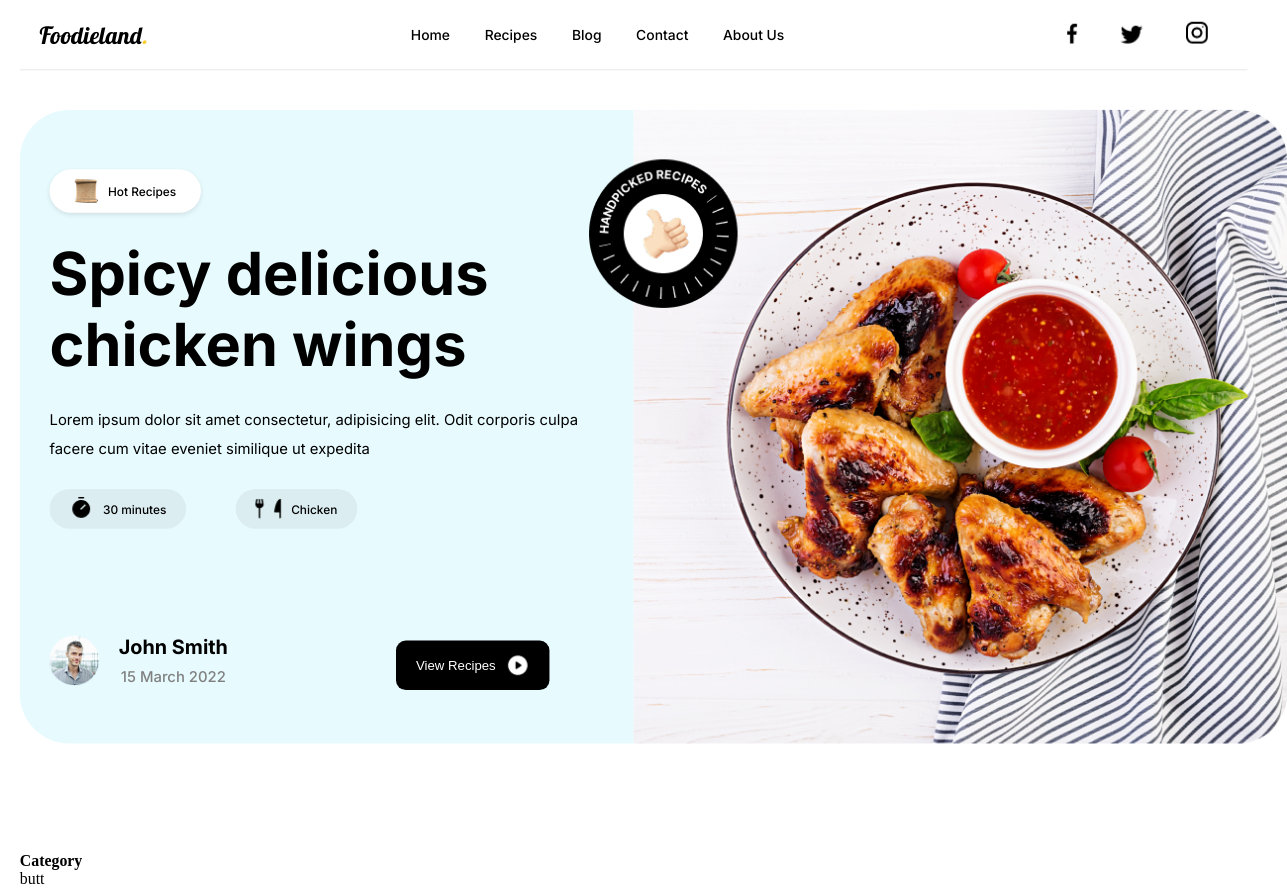
Repository: SolomonChinonso/Advanced-html-and-css-project
Page: index.html
An editor plug-in stored every save of this project. The page is shown before and after a run of saves, followed by the edit.
The browser window is 1280 px wide. The page is 1300 px wide, so the pictures cover 1300 px, including what lies to the right of the window. The pictures show the whole page, at 99% of full size.

Above is the page before, as saved 2026-04-16 14:59:42.

### index.html
<!DOCTYPE html>
<html lang="en">
<head>
    <meta charset="UTF-8">
    <meta name="viewport" content="width=device-width, initial-scale=1.0">
    <title>Document</title>
    <link rel="stylesheet" href="style.css">
    <link href="https://fonts.googleapis.com/css2?family=Lobster&display=swap" rel="stylesheet">
    <link href="https://fonts.googleapis.com/css2?family=Inter:wght@400;500;600;700&display=swap" rel="stylesheet">
</head>
<body>
    <header>
        <strong class="logo">Foodieland<em class="dot">.</em></strong>
        <nav>

            <ul>
                <li><a href="#">Home</a></li>
                <li><a href="#">Recipes</a></li>
                <li><a href="#">Blog</a></li>
                <li><a href="#">Contact</a></li>
                <li><a href="#">About Us</a></li>
            </ul>

        </nav>
        <section class="social-handles">
                <a href="#"><img src="./social-icons/001-facebook.png" alt="facebook"></a>
                <a href="#"><img src="./social-icons/003-twitter.png" alt=""></a>
                <a href="#"><img src="./social-icons/004-instagram.png" alt=""></a>
        </section>
    </header>

    <section class="banner">
        <div class="badge">
            <img src="./images/Badge.png" alt="">
        </div>
        <div class="banner-section">

            <div class="details">
                <span class="hot-recipe"><img src="./social-icons/image 14 (1).png" alt="">Hot Recipes</span>

                <h1>Spicy delicious chicken wings
                </h1>

                <p> Lorem ipsum dolor sit amet consectetur, adipisicing elit. Odit corporis culpa facere cum vitae eveniet similique ut expedita
                </p>

                <div class="timer-utensils">
                    <span><img src="./social-icons/Timer.png" alt="timer">30 minutes</span>

                    <span><img src="./social-icons/Vector (1).png" alt=""><img src="./social-icons/Vector.png" alt=""> Chicken
                    </span>
                </div>

                <div class="author-profile">

                    <span>
                        <img src="./social-icons/Ellipse 2 (1).png" alt="">
                    </span>
                    <span class="author-details">
                            <strong>John Smith</strong><p>15 March 2022</p>
                    </span>
                     <button type="button">View Recipes <img src="./social-icons/PlayCircle.png" alt="">
                </button>
                </div>



           </div>
            <div class="banner-img">
                <img src="./images/Mask Group.png" alt="">
            </div>
        </div>
    </section>
    <section class="category">
        <div class="title-section">
            <h4>Category</h4>
            butt
        </div>
    </section>
</body>
</html>

### style.css
*{
    margin: 0;
    padding: 0;
    box-sizing: border-box;
}
body{
    max-width: 100vw;
    margin: 0 20px;
    padding: 0;

}
header{
    display: flex;
    flex-direction: row;
    justify-content: space-between;
    align-items: center;
    text-align: center;
    margin: 0px;
    padding: 20px;
    flex-wrap: wrap;
    border-bottom: 1px solid #e5e7eb;
}
nav{
    display: flex;
    justify-content: space-between;
    flex-wrap: wrap;
}
nav ul{
    display: flex;
    list-style: none;
    justify-content: space-between;
    text-align: center;
    flex-wrap: wrap;
    gap: 35px;
}
li a{
    text-decoration: none;
    color: black;
    font-family: inter;
    font-weight: 500;
    font-size: 14px;
    letter-spacing: -3%;
}

.social-handles a{
    padding: 20px;
    flex-wrap: wrap;
}
.logo{
    font-family: lobster;
    font-weight: 400;
    font-size: 24px;
}
.dot{
    color:rgb(251, 207, 47)
}
.banner{
    display: flex;
    flex-direction: column;
    justify-content: center;
    align-items: center;
    flex-wrap: wrap;
    position: relative;
    margin-top: 0;
    padding: 0;
    top: -110px;
    font-family: inter;

}
.badge{
    width: 150px;
    display: flex;
    position: relative;
    top: 200px;
    right: -30px;

}
.banner-section{
    display: flex;
    align-items: center;
    justify-content: center;
    flex: 0 auto;
    height: 640px;
    width: 100%;
    border-radius: 15px;
    flex-wrap: wrap;

}
.details{
    display: flex;
    flex-direction: column;
    justify-content: start;
    align-items: flex-start;
    background-color: #E7FAFE;
    min-width: 50%;
    height: 100%;
    padding: 30px;
    border-radius: 50px 0 0 50px;
    flex: 1;
    width: 640px;
}
.banner-img{
    display: flex;
    min-width: 50%;
    height: 100%;
    flex: 1;
    /* object-fit: fill; */
    width: 660px;
}
span{
    display: flex;
    justify-content: center;
    align-items: center;
    font-family: inter;
    font-size: 12px;
    font-weight: 500;
    gap: 10px;
}
.hot-recipe{
    background-color: white;
    padding: 10px 25px;
    border-radius: 30px;
    box-shadow: 0 2px 5px rgba(0,0,0,0.1);
    margin-top: 30px;
}
h1{
    font-size: 60px;
    margin: 25px 0;
}
p{
    font-size: 15px;
    line-height: 30px;
    margin-bottom: 25px;
}
.timer-utensils{
    display: flex;
    gap: 50px;
}
.timer-utensils span{
    background-color: rgba(0,0,0,0.05);
    padding: 8px 20px;
    border-radius: 20px;
}
.author-profile{
    display: flex;
    text-align: center;
    justify-content: center;
    gap: 20px;
    position: relative;
    bottom: -95px;
}
.author-details{
    display: flex;
    flex-direction: column;
    position: relative;
    top: 20px;
    line-height: 10px;

}
.author-details strong{
    font-size: 20px;
}
.author-details p{
    color: gray;
}
button{
    display: flex;
    justify-content: center;
    align-items: center;
    margin-left: 150px;
    font-weight: 500;
    color: white;
    background-color: black;
    padding: 0 20px;
    height: 50px;
    position: relative;
    top: 18px;
    border-radius: 10px;
    border: none;
    gap: 10px;
    cursor: pointer;
}

After the next 2 saves:
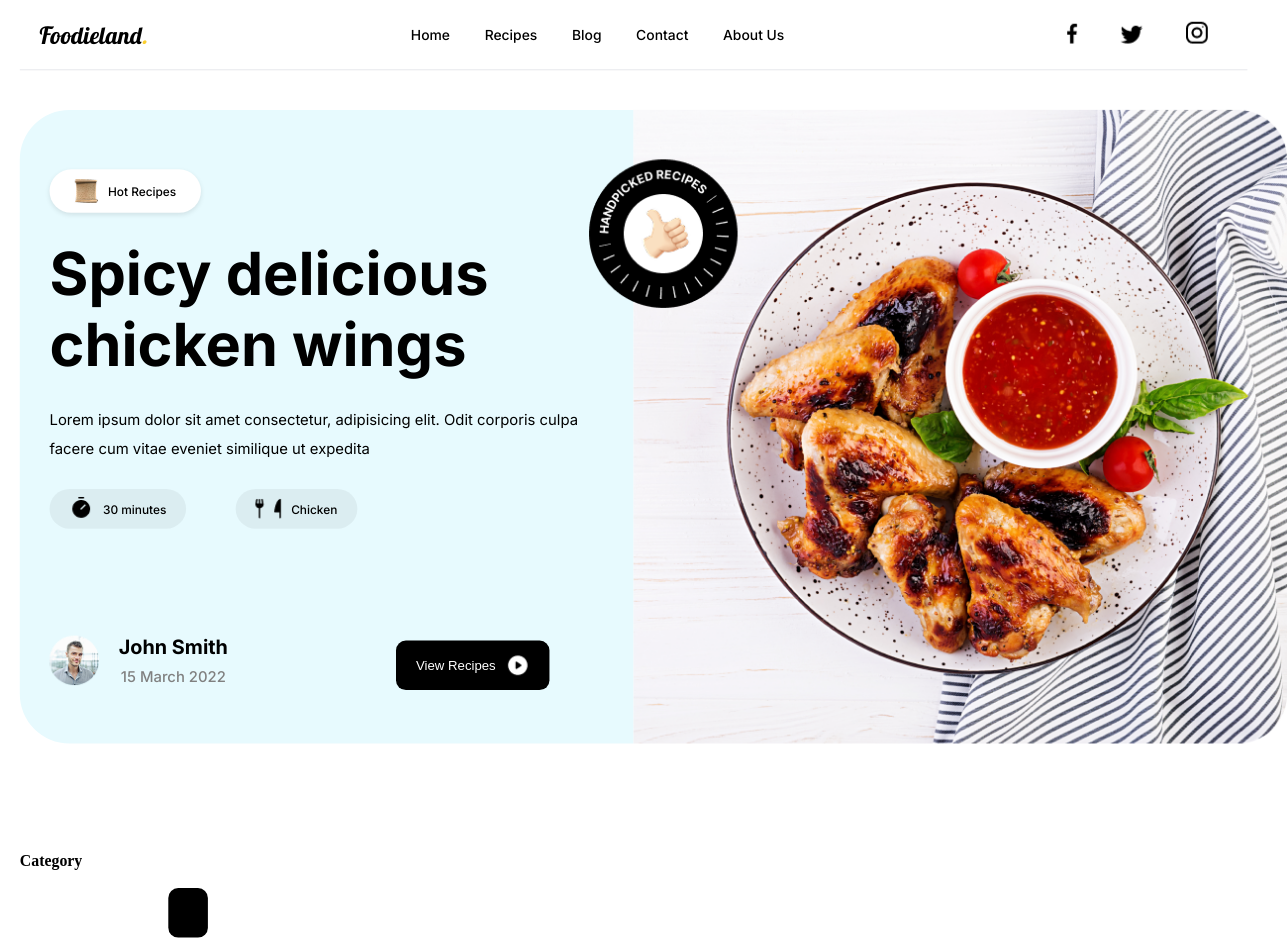
The 2 saves are shown as one change because they came seconds apart.
The last was saved 6 s later.
--- a/index.html
+++ b/index.html
@@ -74,7 +74,7 @@
     <section class="category">
         <div class="title-section">
             <h4>Category</h4>
-            butt
+            <button></button>
         </div>
     </section>
 </body>
